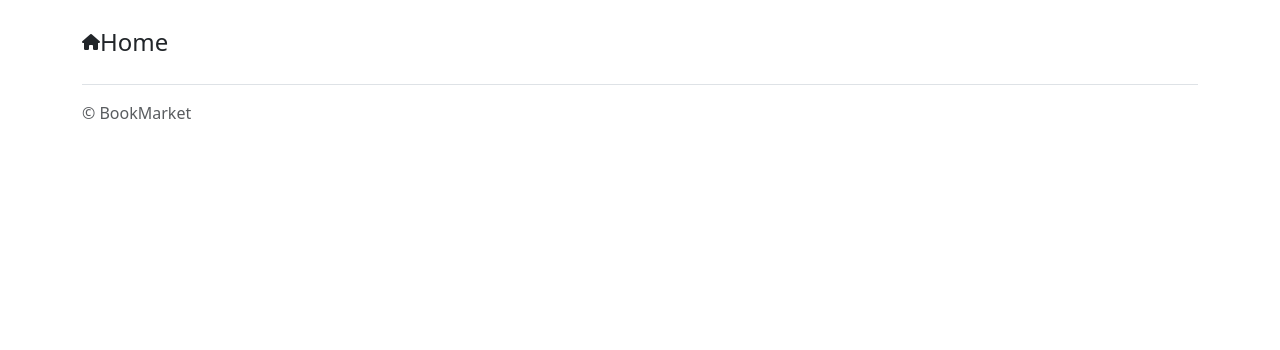
Repository: byeolchorong/ITedunet
Page: http://localhost/BookMarket/cart.jsp
The author's editor kept a copy of each file at every save. The page is drawn from the files as they stood at one save, then again after the next save.
The browser window is 1280 px wide. The pictures show the whole page.
Some web libraries are served in a nearby version. The page is served by Tomcat 10. Nobody is signed in. The application's start-up code is not run. Other server files are loaded and not shown.

Above is the page before, as saved 2025-05-30 07:48:56.

### JSP/BookMarket/src/main/webapp/cart.jsp
<%@ page language="java" contentType="text/html; charset=UTF-8"
    pageEncoding="UTF-8"%>
<%@ page import="java.util.ArrayList" %>
<%@ page import="dto.Book" %>
<%@ page import="dao.BookRepository" %>
<!DOCTYPE html>
<html>
<head>
<link href="https://cdn.jsdelivr.net/npm/bootstrap@5.3.6/dist/css/bootstrap.min.css" rel="stylesheet">
<script src="https://kit.fontawesome.com/705381df09.js" crossorigin="anonymous"></script>
<meta charset="UTF-8">
<%
	String cartId = session.getId();
%>
<title>장바구니</title>
</head>
<body>
<div class="container py-4">
	<%@ include file="menu.jsp" %>
	<%@ include file="footer.jsp" %>
</div>
</body>
</html>

### JSP/BookMarket/src/main/webapp/menu.jsp
<%@ page language="java" contentType="text/html; charset=UTF-8"
    pageEncoding="UTF-8"%>
<link href="https://cdn.jsdelivr.net/npm/bootstrap@5.3.6/dist/css/bootstrap.min.css" rel="stylesheet">
<script src="https://kit.fontawesome.com/705381df09.js" crossorigin="anonymous"></script>

	<header>
		<a href="./welcome.jsp" class="d-flex align-items-center text-dark text-decoration-none">
			<i class="fa-solid fa-house"></i>
			<span class="fs-4">Home</span>
		</a>
	</header>

### JSP/BookMarket/src/main/webapp/footer.jsp
<%@ page language="java" contentType="text/html; charset=UTF-8"
    pageEncoding="UTF-8"%>

	<footer class="pt-3 mt-4 text-body-secondary border-top">
		&copy; BookMarket
	</footer>

After the next save:
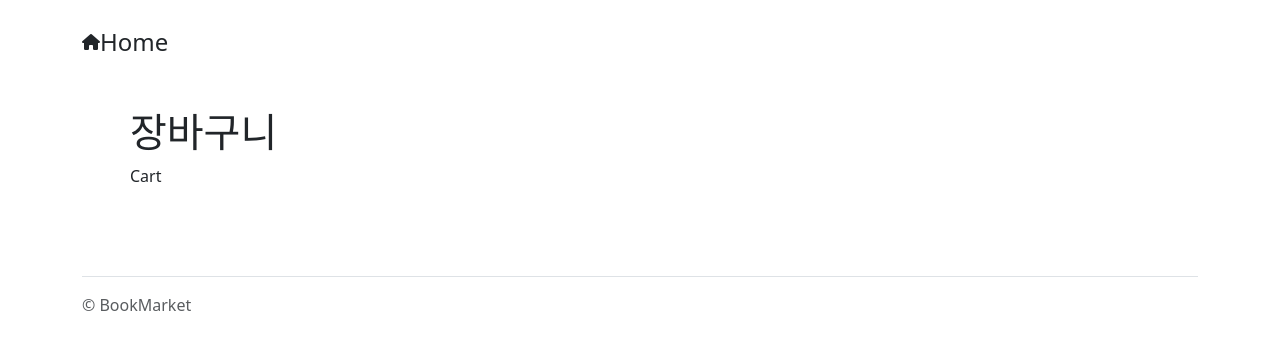
Saved 53 s later.
--- a/JSP/BookMarket/src/main/webapp/cart.jsp
+++ b/JSP/BookMarket/src/main/webapp/cart.jsp
@@ -17,6 +17,13 @@
 <body>
 <div class="container py-4">
 	<%@ include file="menu.jsp" %>
+
+	<div class="p-5 mb-4 bg-body-terrtiary rounded-3">
+		<div>
+			<h1>장바구니</h1>
+			<p>Cart
+		</div>
+	</div>
 	<%@ include file="footer.jsp" %>
 </div>
 </body>
